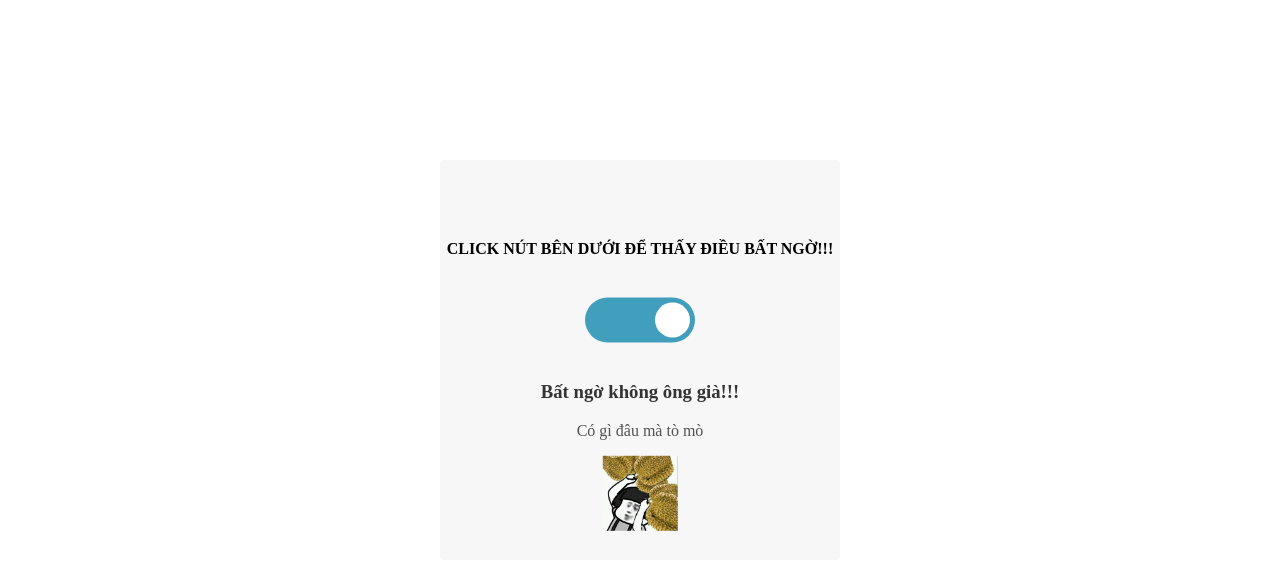
Repository: haokiet2501/troll-my-react
Page: /, after clicking the first element matching `div.toggle-center`
The author's editor kept a copy of each file at every save. The page is drawn from the files as they stood at one save, then again after a run of saves.
The browser window is 1280 px wide. The pictures show the whole page.
The project was rebuilt for these pictures with package versions that can differ from the ones it lists, and the page was loaded fresh each time.

Above is the page before, as saved 2022-07-30 23:40:30.

### src/index.css
.toggle-center {
  position: absolute;
  top: 50%;
  left: 50%;
  transform: translate(-50%, -50%);
  width: 25rem;
  height: 25rem;
  border-radius: 0.25rem;
  background-color: #f8f7f7;
}

.toggle-center:hover {
  box-shadow: 0 4px 8px rgba(0, 0, 0, 0.25);
}

.toggle {
  position: absolute;
  top: 40%;
  left: 50%;
  transform: translate(-50%, -50%);
}

.todo-center {
  position: absolute;
  top: 62%;
  left: 50%;
  transform: translate(-50%, -50%);
  z-index: 999;
}

.todo-center .todo-img img {
  object-fit: cover;
  width: 75px;
  height: 75px;
}

.todo-img {
  display: flex;
  justify-content: center;
  align-items: center;
}

.toggle {
  width: 100px;
  height: 35px;
  background-color: #ccc;
  padding: 5px;
  border-radius: 100rem;
  cursor: pointer;
}

.toggle.active {
  background-color: #429EBD;
}

.toggle-title {
  position: relative;
  top: 20%;
  font-weight: 600;
  text-transform: uppercase;
  display: flex;
  justify-content: center;
  align-items: center;
}

.spinner {
  position: absolute;
  width: 35px;
  height: 35px;
  left: 0;
  margin-left: 5px;
  border-radius: 50%;
  background-color: #fff;
  transition: 0.3s linear;
}

.spinner.active {
  transform: translateX(65px);
  transition: 0.3s linear;
}

.toggle-on {
  margin-right: 0.5rem;
}

h3 {
  color: #333;
}

p {
  color: rgb(82, 81, 81);
  display: flex;
  justify-content: center;
  align-items: center;
}

@media screen and (max-width: 320px) {
  .toggle-center {
    width: 15rem;
  }

  .toggle-title {
    font-size: 0.55rem;
  }

  h3 {
    font-size: 0.65rem;
  }

  p {
    font-size: 0.5rem;
  }
}

### src/App.js
import Toggle from "./components/Toggle";

function App() {
  return (
    <>
      <Toggle />
    </>
  );
}

export default App;

### src/components/Toggle.jsx
import { useState } from "react"
import Todo from "./Todo";

const Toggle = () => {
    const [on, setOn] = useState(false);

    const handleClick = () => {
        setOn((on) => !on);
    }

    return (
        <>
            {on && <Todo />}
            <div className="toggle-center" onClick={handleClick}>
                <div className="toggle-title">Click nút bên dưới để thấy điều bất ngờ!!!</div>
                <div className={`toggle ${on ? 'active' : ''}`}>
                    <div className={`spinner ${on ? 'active' : ''}`}></div>
                </div>
            </div>
        </>
    )
}

export default Toggle

### src/components/Todo.jsx
import React from 'react'
import troll from '../imgs/troll.jpg'

const Todo = () => {
    return (
        <div className='todo-center'>
            <h3>Bất ngờ không ông già!!!</h3>
            <p>Có gì đâu mà tò mò</p>
            <div className="todo-img">
                <img src={troll} alt="" />
            </div>
        </div>
    )
}

export default Todo

Loaded but not shown: public/index.html (common file); src/index.js (common file); src/reportWebVitals.js (common file)

After the next 4 saves:
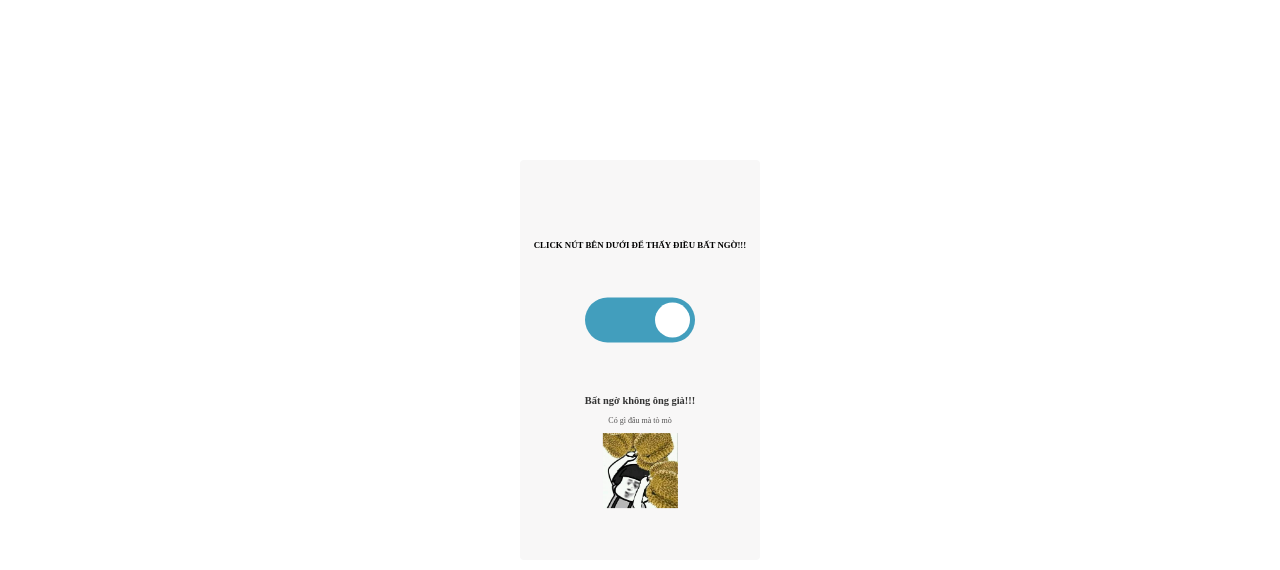
The 4 saves are shown as one change because they came seconds apart.
The last was saved 26 s later.
--- a/src/index.css
+++ b/src/index.css
@@ -111,3 +111,21 @@ p {
     font-size: 0.5rem;
   }
 }
+
+@media screen and (min-width: 375px) {
+  .toggle-center {
+    width: 15rem;
+  }
+
+  .toggle-title {
+    font-size: 0.55rem;
+  }
+
+  h3 {
+    font-size: 0.65rem;
+  }
+
+  p {
+    font-size: 0.5rem;
+  }
+}
